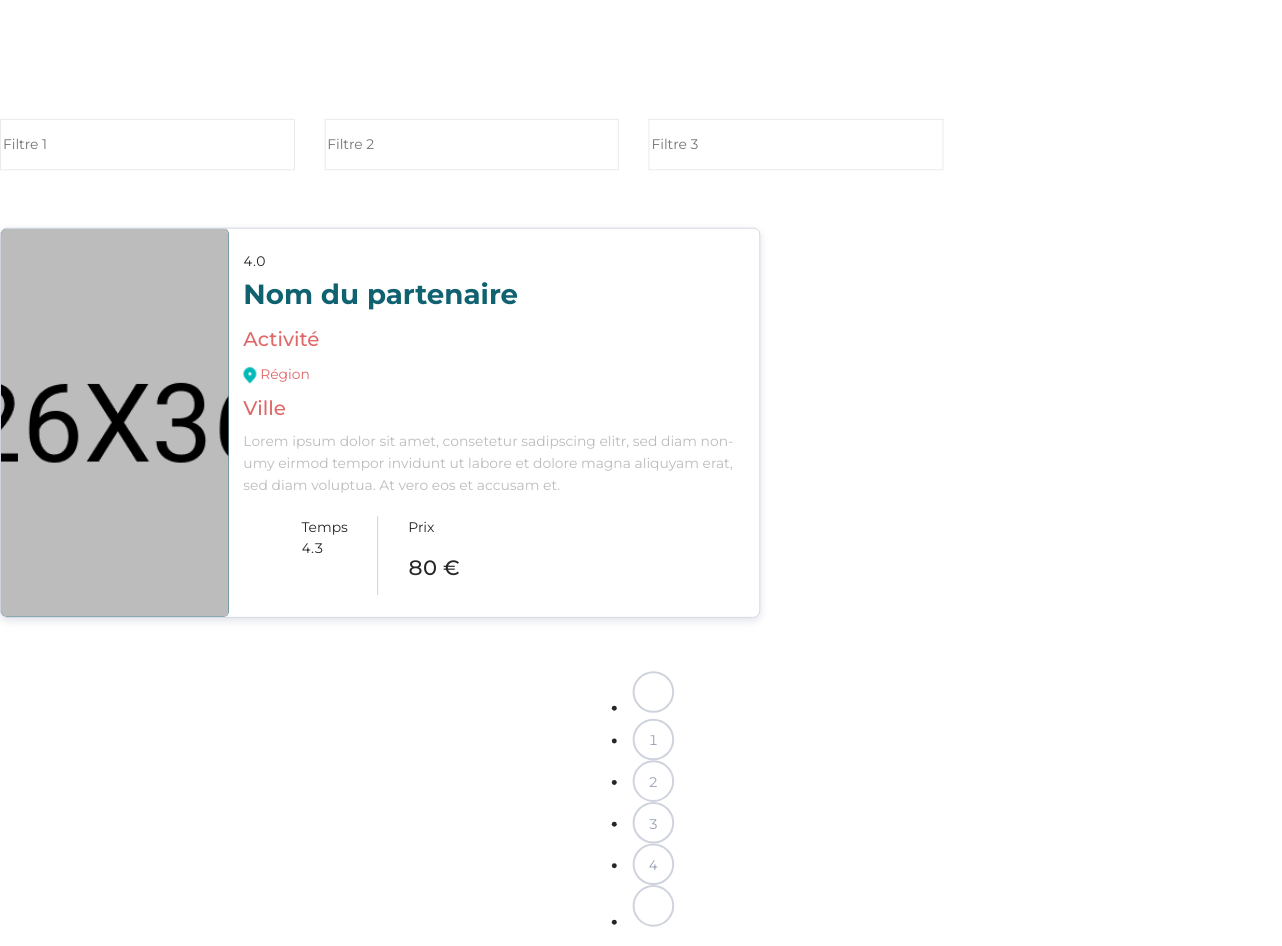
Repository: Emerson1220/projet-neofeel-lacapsule
Page: /roadPlanner (app in reactapp/)
The author's editor kept a copy of each file at every save. The page is drawn from the files as they stood at one save, then again after the next save.
The browser window is 1280 px wide. The page is 1295 px wide, so the pictures cover 1295 px, including what lies to the right of the window. The pictures show the whole page, at 99% of full size.
The project was rebuilt for these pictures with package versions that can differ from the ones it lists, and the page was loaded fresh each time. Also part of the build but not shown: reactapp/src/components/Nav.js, reactapp/src/components/RedButton.js, reactapp/src/styles/map.css, reactapp/src/components/SearchModal.js, reactapp/src/screens/ScreenHome.js.

Above is the page before, as saved 2021-05-18 15:25:55.

After the next save:
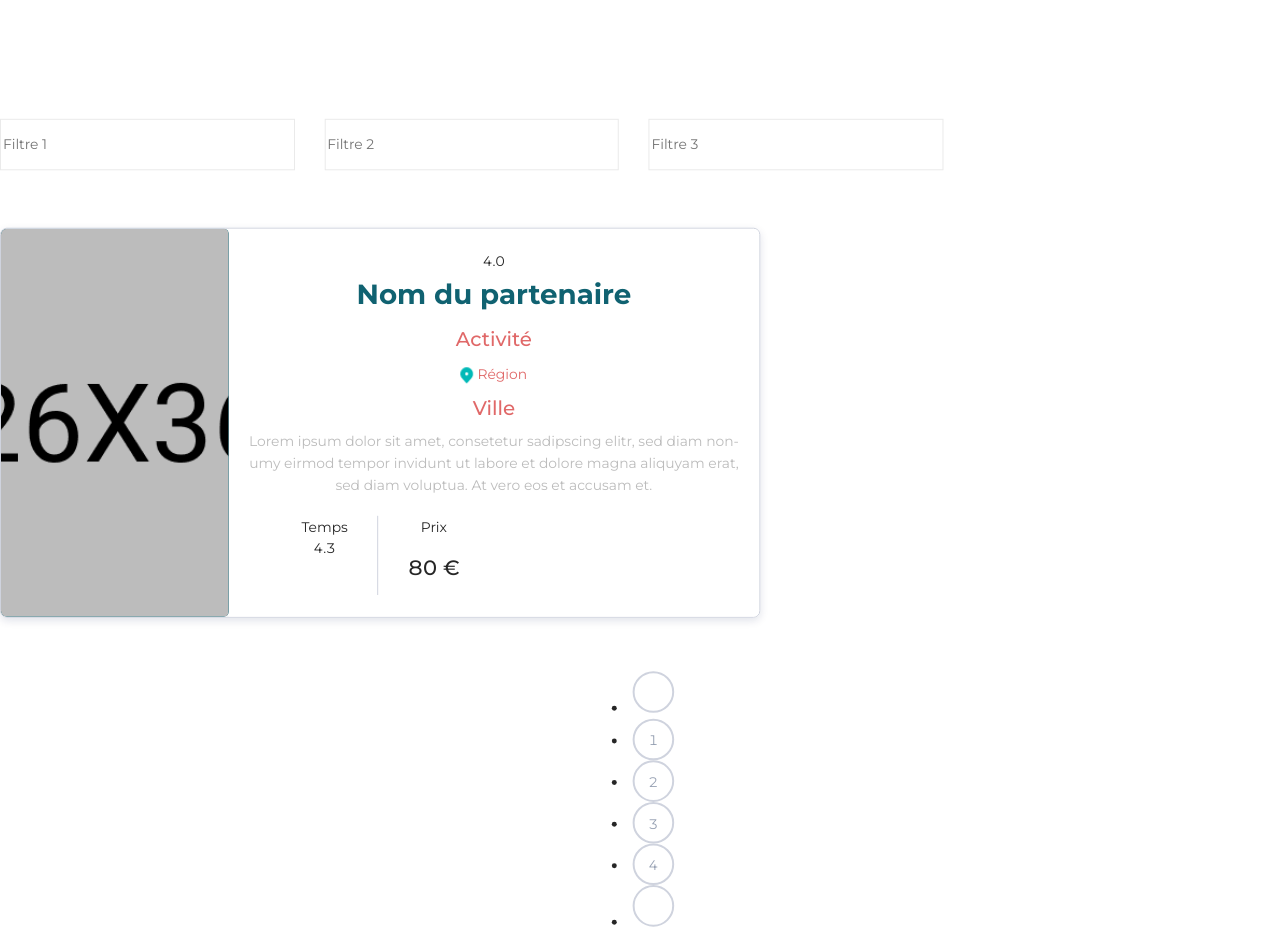
Saved 15 s later.
--- a/reactapp/src/screens/ScreenRoadPlanner.js
+++ b/reactapp/src/screens/ScreenRoadPlanner.js
@@ -210,6 +210,7 @@
         boxSizing: 'border-box',
         outline: 'none',
         width:'60%',
+        textAlign: 'center',
     },
 
     single_destinations:{

After the save that followed:
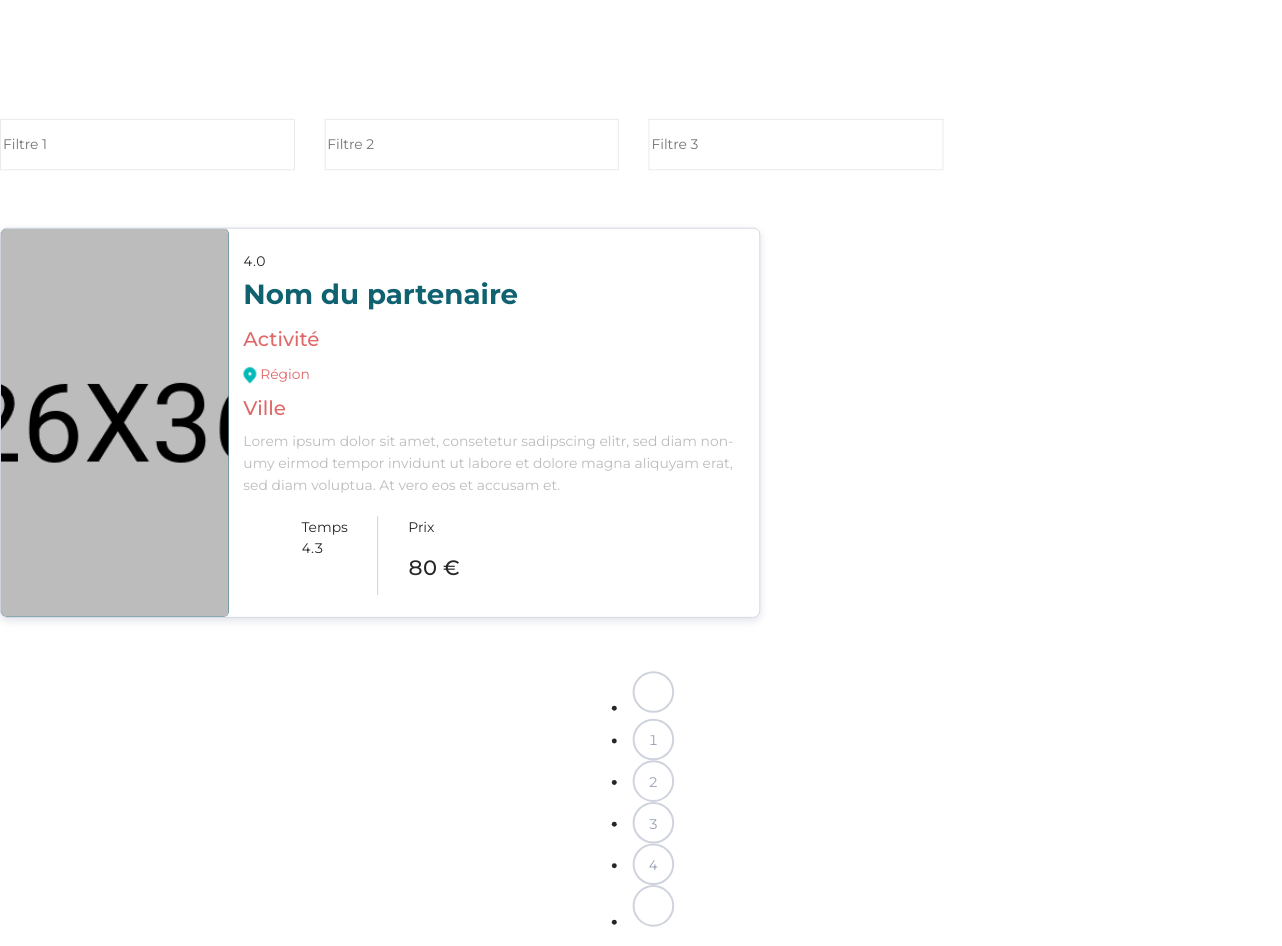
Saved 8 s later.
--- a/reactapp/src/screens/ScreenRoadPlanner.js
+++ b/reactapp/src/screens/ScreenRoadPlanner.js
@@ -210,7 +210,6 @@
         boxSizing: 'border-box',
         outline: 'none',
         width:'60%',
-        textAlign: 'center',
     },
 
     single_destinations:{
